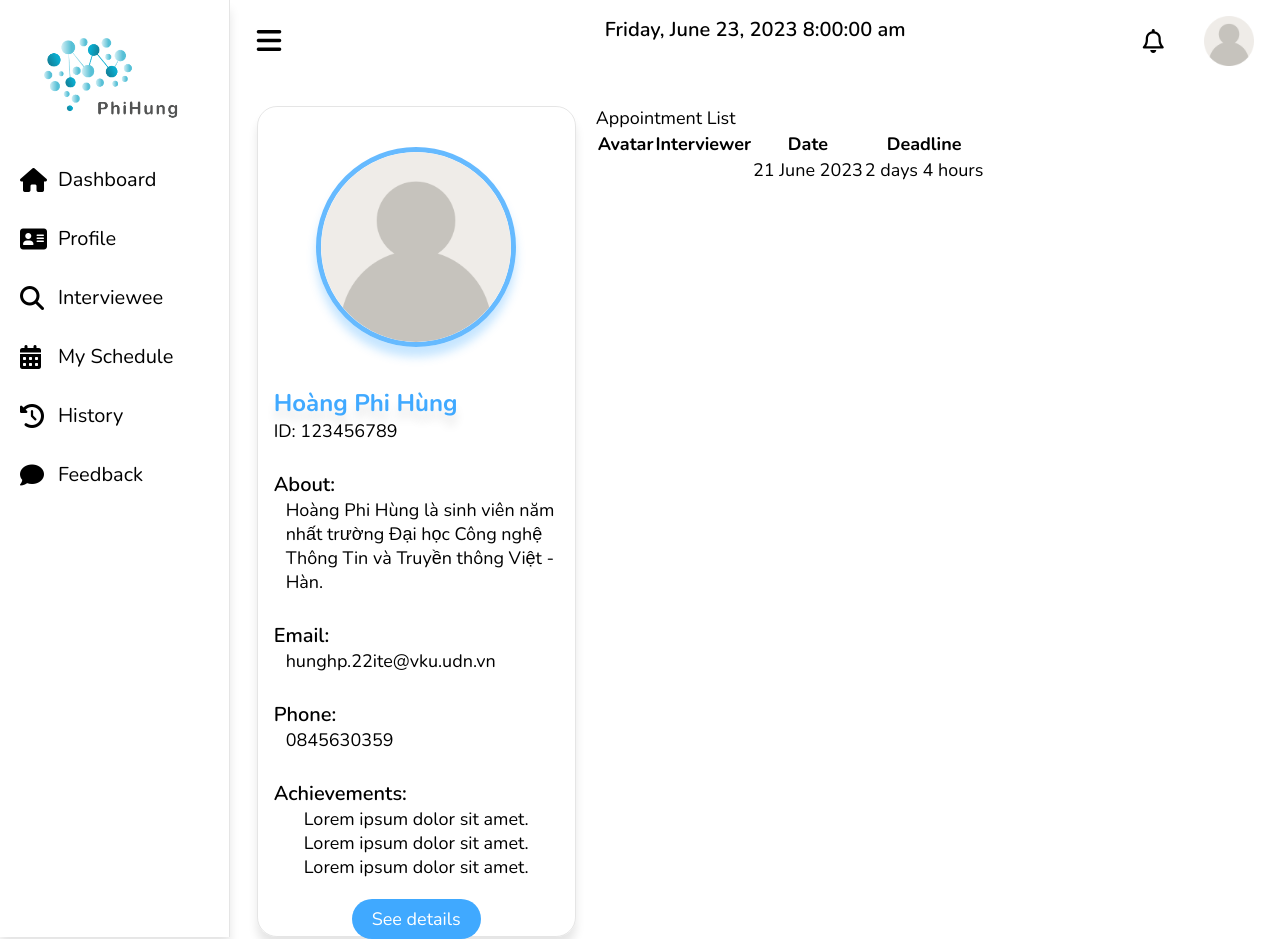
Repository: hphihungit/InterviewService
Page: interviewee.html
These files come from the project's save history. The page is drawn as it stood at one moment and after the next save; the edit follows.
The browser window is 1280 px wide. The pictures show the whole page.

Above is the page before, as saved 2023-06-01 00:52:23.

After the next save:
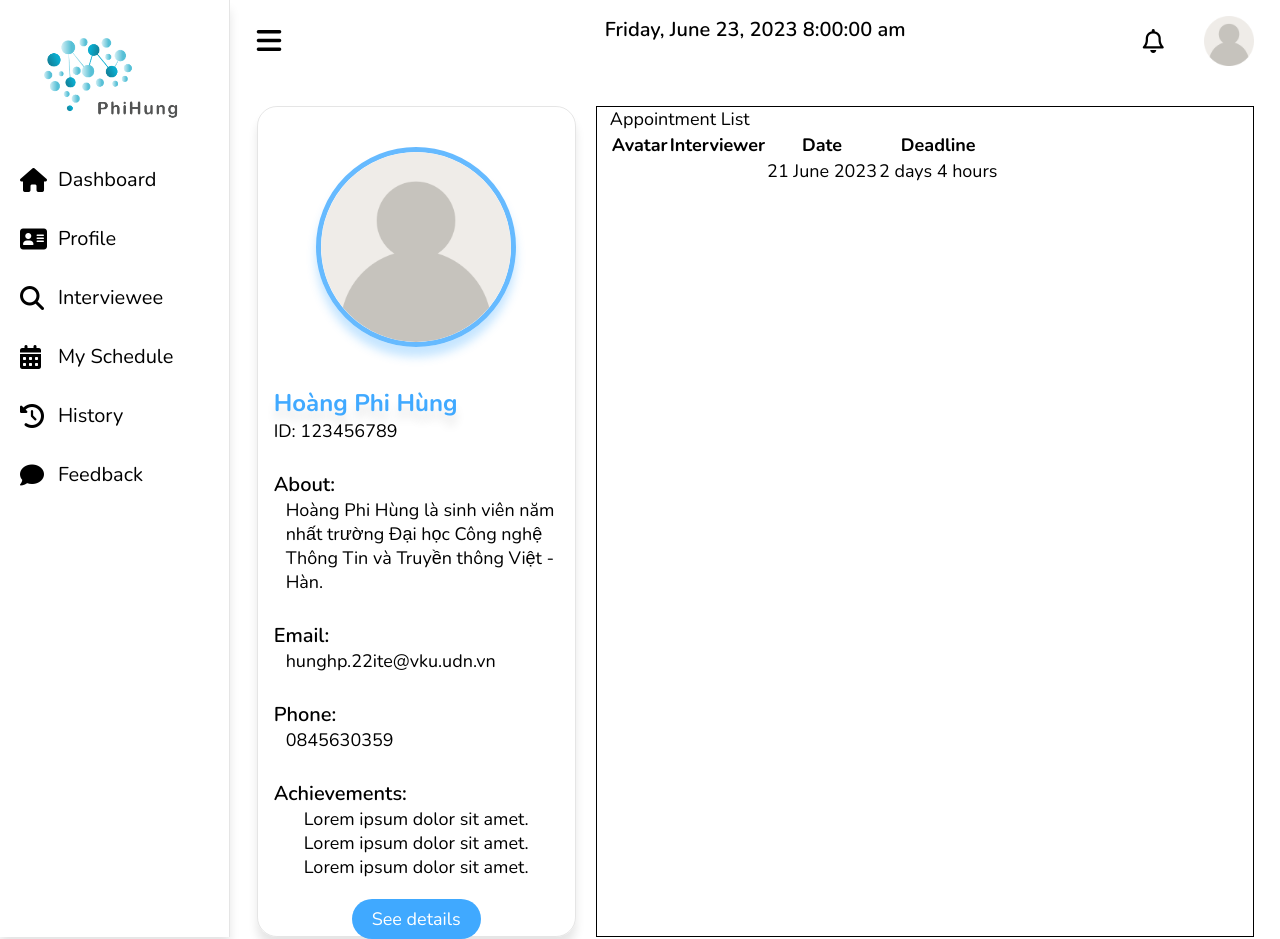
Saved 106 s later.
--- a/assets/css/interviewee.css
+++ b/assets/css/interviewee.css
@@ -199,4 +199,10 @@
 
 .info {
     width: 66%;
-}
+    border: 1px solid #000;
+}
+
+.appointment {
+    width: 96%;
+    margin: 0 auto;
+}
